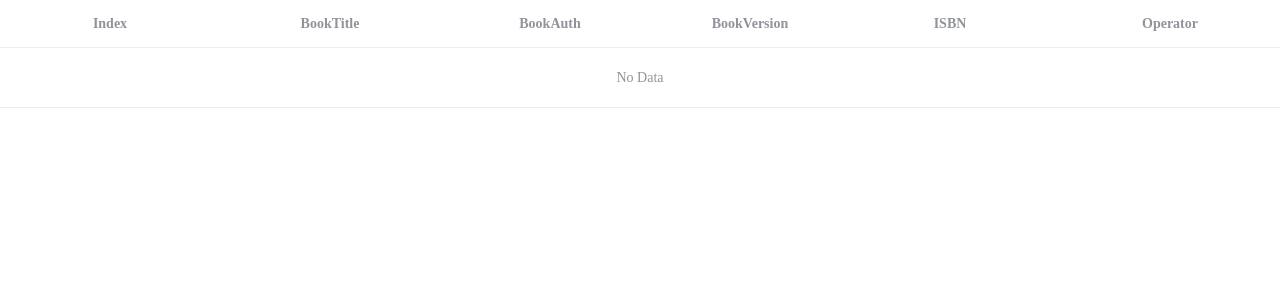
Repository: jacklihy/capgeminitestfrontend
Page: /
These files come from the project's save history. The page is drawn as it stood at one moment and after the next save; the edit follows.
The browser window is 1280 px wide. The pictures show the whole page.
The page's requests for data from a server got no answer. The project was rebuilt for these pictures with package versions that can differ from the ones it lists, and the page was loaded fresh each time. No one was signed in, and anything a server would have sent is missing. Also part of the build but not shown: vue.config.js.

Above is the page before, as saved 2024-03-08 17:29:41.

### src/main.js
import Vue from 'vue'
import App from './App.vue'
import router from './router'
import store from './store'
import './plugins/element.js'
// import global css
import './assets/css/global.css'
import axios from 'axios'
// config baseurl
const apiClient = axios.create({
  baseURL: 'http://127.0.0.1:8484',
  timeout: 1000,
  withCredentials: true,
  headers: {
    'Access-Control-Allow-Origin': '*'
  }
});
Vue.prototype.$http = apiClient;
Vue.config.productionTip = false

new Vue({
  router,
  store,
  render: h => h(App)
}).$mount('#app')

### src/App.vue
<template>
  <div id="app">
    <!-- Indicates the routing station -->
   <router-view></router-view>
  </div>
</template>

<script>
 export default{

 }
</script>

<style>

</style>

### src/router/index.js
import Vue from 'vue'
import VueRouter from 'vue-router'
import Book from '@/components/book.vue'

Vue.use(VueRouter)

const routes = [
   {path : '/', component: Book }
]

const router = new VueRouter({
  routes
})

export default router

### src/assets/css/global.css
/* global css */
html, body, #app {
    height: 100%;
    margin: 0;
    padding: 0;
}

### src/components/book.vue
<template>
  <div class="app-container">
    <el-table :data="bookList" >
        <!-- <el-table-column type="selection" width="55" align="center" /> -->
        <el-table-column label="Index" align="center" prop="bookId" />
        <el-table-column label="BookTitle" align="center" prop="bookTitle" />
        <el-table-column label="BookAuth" align="center" prop="bookAuth" />
  <!--      <el-table-column label="图书内容" align="center" prop="bookContent" />-->
        <el-table-column label="BookVersion" align="center" prop="bookversionDate" width="180">
        </el-table-column>
        <el-table-column label="ISBN" align="center" prop="bookIsbn" />
        <el-table-column label="Operator" align="center" class-name="small-padding fixed-width">
          <template slot-scope="scope">
            <el-button
            type="primary"
            plain
            icon="el-icon-plus"
            size="mini"
            @click="handleAdd"
          >Add New</el-button>

            <el-button
              size="mini"
              type="text"
              icon="el-icon-edit"
              @click="handleUpdate(scope.row)"

            >Modify</el-button>
            <el-button
              size="mini"
              type="text"
              icon="el-icon-delete"
              @click="handleDelete(scope.row)"

            >Delete</el-button>
          </template>
        </el-table-column>
      </el-table>
      <el-dialog :title="title" :visible.sync="open" width="500px" append-to-body>
        <el-form ref="form" :model="form" :rules="rules" label-width="80px">
          <el-form-item label="BookTitle" prop="bookTitle">
            <el-input v-model="form.bookTitle" placeholder="Please Input BookTitle " />
          </el-form-item>
          <el-form-item label="BookAuth" prop="bookAuth">
            <el-input v-model="form.bookAuth" placeholder="Please Input BookAuth" />
          </el-form-item>
          <el-form-item label="BookContent">
            <el-input type="textarea" :rows="4" placeholder="Please Input content" v-model="form.bookContent">
</el-input>
          </el-form-item>
          <el-form-item label="version year" prop="bookversionDate">
            <div class="block">
           <el-date-picker
           v-model="value1"
           type="date"
              placeholder="Please Input date">
    </el-date-picker>
  </div>
          </el-form-item>
          <el-form-item label="ISBN" prop="bookIsbn">
            <el-input v-model="form.bookIsbn" placeholder="请输入ISBN" />
          </el-form-item>
        </el-form>
        <div slot="footer" class="dialog-footer">
          <el-button type="primary" @click="submitForm">确 定</el-button>
          <el-button @click="cancel">取 消</el-button>
        </div>
      </el-dialog>


  </div>
</template>
<script>
export default {

 name: "book",
 data() {
      return {
        value1: '',
        ids: [],
        single: true,
        multiple: true,
        showSearch: true,
        total: 0,
        bookList: [],
        title: "",
        open: false,
        queryParams: {
          pageNum: 1,
          pageSize: 10,
          bookTitle: null,
          bookAuth: null,
          bookContent: null,
          bookversionDate: null,
          bookIsbn: null
        },
        form: {},
        rules: {
        }
      };
    },
    created() {
      this.getList();
    },
    methods: {
      getList() {
           this.$http.get('api/list').then(response => {
            this.bookList = response.data;
           console.log(this.bookList);
           });
        },
      cancel() {
        this.open = false;
        this.reset();
      },
      reset() {
        this.form = {
          bookId: null,
          bookTitle: null,
          bookAuth: null,
          bookContent: null,
          bookversionDate: null,
          bookIsbn: null
        };

      },
      handleQuery() {
        this.queryParams.pageNum = 1;
        this.getList();
      },
      resetQuery() {

        this.handleQuery();
      },
      handleSelectionChange(selection) {
        this.ids = selection.map(item => item.bookId)
        this.single = selection.length!==1
        this.multiple = !selection.length
      },
      handleAdd() {
        this.reset();
        this.open = true;
        this.title = "Add Book";
      },
      handleUpdate(row) {
        this.reset();
        const bookId = row.bookId || this.ids

            this.$http.get('api/'+ bookId).then(response =>{
                this.form = response.data;
                this.open = true;
                this.title = "modify book mamagerment";
            });

      },
      submitForm() {
        this.$refs["form"].validate(valid => {
          if (valid) {
            if (this.form.bookId != null) {

                  this.$http.put('api',{bookId:this.form.bookId,
                    bookTitle:this.form.bookTitle,
                    bookAuth:this.form.bookAuth,
                    bookContent:this.form.bookContent,
                    bookversionDate: this.value1,
                    bookIsbn:this.form.bookIsbn
                }).then(response=>{
                    <el-alert title="success"  type="success" show-icon></el-alert>
                    this.open = false;
                    this.getList();
                });

            } else {
              this.$http.post('api',{bookId:this.form.bookId,
                    bookTitle:this.form.bookTitle,
                    bookAuth:this.form.bookAuth,
                    bookContent:this.form.bookContent,
                    bookversionDate: this.value1,
                    bookIsbn:this.form.bookIsbn
                }).then(response=>{
                    <el-alert title="success"  type="success" show-icon></el-alert>
                    this.open = false;
                    this.getList();
                });

            }
          }
        });
      },
      handleDelete(row) {
        const bookIds = row.bookId || this.ids;

        this.$http.delete('api/'+ bookIds).then(response=>{
                    <el-alert title="success"  type="success" show-icon></el-alert>
                    this.open = false;
                    this.getList();
                });

      },

    }
  };

</script>
<style scoped>

</style>

Loaded but not shown: public/index.html (common file); src/store/index.js (common file); src/plugins/element.js (common file)

After the next save:
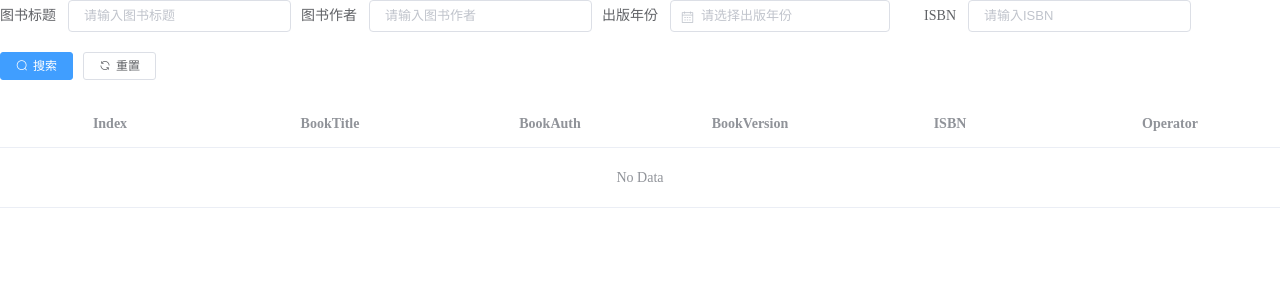
Saved 2 min 3 s later.
--- a/src/components/book.vue
+++ b/src/components/book.vue
@@ -1,5 +1,44 @@
 <template>
   <div class="app-container">
+    <el-form :model="queryParams" ref="queryForm" size="small" :inline="true" v-show="showSearch" label-width="68px">
+        <el-form-item label="图书标题" prop="bookTitle">
+          <el-input
+            v-model="queryParams.bookTitle"
+            placeholder="请输入图书标题"
+            clearable
+            @keyup.enter.native="handleQuery"
+          />
+        </el-form-item>
+        <el-form-item label="图书作者" prop="bookAuth">
+          <el-input
+            v-model="queryParams.bookAuth"
+            placeholder="请输入图书作者"
+            clearable
+            @keyup.enter.native="handleQuery"
+          />
+        </el-form-item>
+        <el-form-item label="出版年份" prop="bookversionDate">
+          <el-date-picker clearable
+            v-model="queryParams.bookversionDate"
+            type="date"
+            value-format="yyyy-MM-dd"
+            placeholder="请选择出版年份">
+          </el-date-picker>
+        </el-form-item>
+        <el-form-item label="ISBN" prop="bookIsbn">
+          <el-input
+            v-model="queryParams.bookIsbn"
+            placeholder="请输入ISBN"
+            clearable
+            @keyup.enter.native="handleQuery"
+          />
+        </el-form-item>
+        <el-form-item>
+          <el-button type="primary" icon="el-icon-search" size="mini" @click="handleQuery">搜索</el-button>
+          <el-button icon="el-icon-refresh" size="mini" @click="resetQuery">重置</el-button>
+        </el-form-item>
+      </el-form>
+
     <el-table :data="bookList" >
         <!-- <el-table-column type="selection" width="55" align="center" /> -->
         <el-table-column label="Index" align="center" prop="bookId" />
